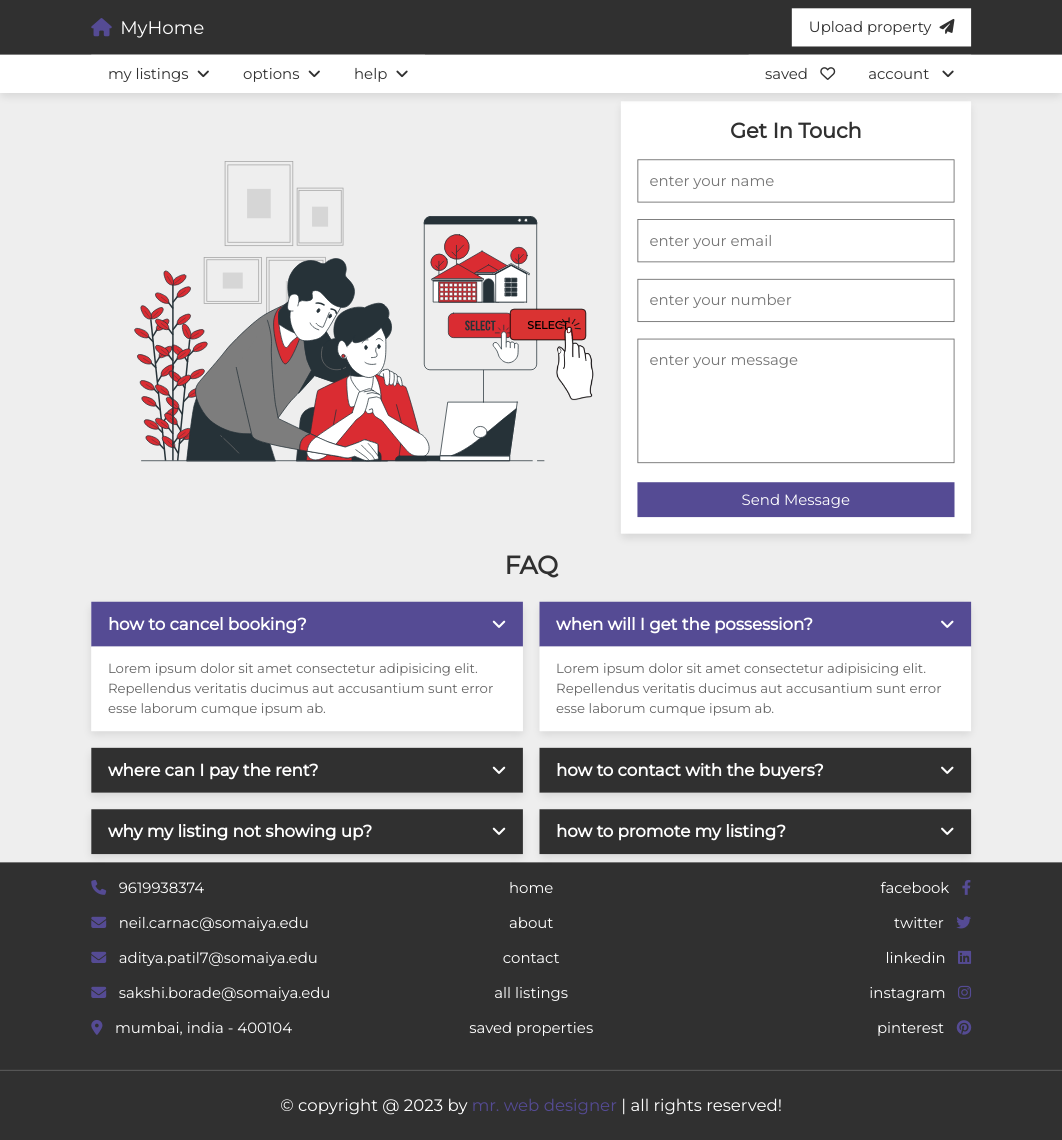
Repository: neilcarnac/wpl-project-realestatewebsite
Page: http://localhost/project/contact.php
An editor plug-in stored every save of this project. The page is shown before and after a run of saves, followed by the edit.
The browser window is 1280 px wide. The pictures show the whole page, at 83% of full size.
The page is run by PHP 8.4 with error messages shown; the project is at /var/www/html/.

Above is the page before, as saved 2023-04-29 17:08:22.

### project/contact.php
<?php

include 'components/connect.php';

if(isset($_COOKIE['user_id'])){
   $user_id = $_COOKIE['user_id'];
}else{
   $user_id = '';
}

if(isset($_POST['send'])){

   $msg_id = create_unique_id();
   $name = $_POST['name'];
   $name = filter_var($name, FILTER_SANITIZE_STRING);
   $email = $_POST['email'];
   $email = filter_var($email, FILTER_SANITIZE_STRING);
   $number = $_POST['number'];
   $number = filter_var($number, FILTER_SANITIZE_STRING);
   $message = $_POST['message'];
   $message = filter_var($message, FILTER_SANITIZE_STRING);

   $verify_contact = $conn->prepare("SELECT * FROM `messages` WHERE name = ? AND email = ? AND number = ? AND message = ?");
   $verify_contact->execute([$name, $email, $number, $message]);

   if($verify_contact->rowCount() > 0){
      $warning_msg[] = 'message sent already!';
   }else{
      $send_message = $conn->prepare("INSERT INTO `messages`(id, name, email, number, message) VALUES(?,?,?,?,?)");
      $send_message->execute([$msg_id, $name, $email, $number, $message]);
      $success_msg[] = 'message send successfully!';
   }

}

?>

<!DOCTYPE html>
<html lang="en">
<head>
   <meta charset="UTF-8">
   <meta http-equiv="X-UA-Compatible" content="IE=edge">
   <meta name="viewport" content="width=device-width, initial-scale=1.0">
   <title>Contact Us</title>

   <!-- font awesome cdn link  -->
   <link rel="stylesheet" href="https://cdnjs.cloudflare.com/ajax/libs/font-awesome/6.2.0/css/all.min.css">

   <!-- custom css file link  -->
   <link rel="stylesheet" href="css/style.css">

</head>
<body>

<?php include 'components/user_header.php'; ?>

<div>
<!-- contact section starts  -->
<style>
		button {
			background-color: #da3332;
			color: black;
			padding: 10px 20px;
			border: none;
			border-radius: 5px;
			font-size: 1.3rem;
         /* margin-top: 500px; */
         margin-left: 660px;
         font-weight: bold;
         border: 1.5px solid black;
         position: absolute;
         margin-top: 260px;
         /* font-family: Montserrat; Change the font */
         transition: background-color 0.3s, color 0.3s;
         transform: translateX(-50%); /* Adjust for half of the button's width */


		}
      button:hover{
         cursor: pointer;
         background-color: black;
			color: #da3332;
      }
      .selele{

         position: absolute; /* Add relative positioning to the container */
			height: 1000px;
      }
      .finger{
         position: absolute; /* Add relative positioning to the container */
         height:100px ;
         width:45px ;
         margin-top: 270px;
         margin-left: 670px;
         z-index: 2;
      }
	</style>
   <div class="selele">
      <img src="images/fingerwhite.png" class="finger" alt="">
      <button><b>SELECT</b></button>
   </div>
<section class="contact">
   <div class="row">
      <div class="image">
         <img src="images/contact-img.svg" alt="">
      </div>
      <form action="" method="post">
         <h3>get in touch</h3>
         <input type="text" name="name" required maxlength="50" placeholder="enter your name" class="box">
         <input type="email" name="email" required maxlength="50" placeholder="enter your email" class="box">
         <input type="number" name="number" required maxlength="10" max="9999999999" min="0" placeholder="enter your number" class="box">
         <textarea name="message" placeholder="enter your message" required maxlength="1000" cols="30" rows="10" class="box"></textarea>
         <input type="submit" value="send message" name="send" class="btn">
      </form>
   </div>

</section>

<!-- contact section ends -->

<!-- faq section starts  -->

<section class="faq" id="faq">

   <h1 class="heading">FAQ</h1>

   <div class="box-container">

      <div class="box active">
         <h3><span>how to cancel booking?</span><i class="fas fa-angle-down"></i></h3>
         <p>Lorem ipsum dolor sit amet consectetur adipisicing elit. Repellendus veritatis ducimus aut accusantium sunt error esse laborum cumque ipsum ab.</p>
      </div>

      <div class="box active">
         <h3><span>when will I get the possession?</span><i class="fas fa-angle-down"></i></h3>
         <p>Lorem ipsum dolor sit amet consectetur adipisicing elit. Repellendus veritatis ducimus aut accusantium sunt error esse laborum cumque ipsum ab.</p>
      </div>

      <div class="box">
         <h3><span>where can I pay the rent?</span><i class="fas fa-angle-down"></i></h3>
         <p>Lorem ipsum dolor sit amet consectetur adipisicing elit. Repellendus veritatis ducimus aut accusantium sunt error esse laborum cumque ipsum ab.</p>
      </div>

      <div class="box">
         <h3><span>how to contact with the buyers?</span><i class="fas fa-angle-down"></i></h3>
         <p>Lorem ipsum dolor sit amet consectetur adipisicing elit. Repellendus veritatis ducimus aut accusantium sunt error esse laborum cumque ipsum ab.</p>
      </div>

      <div class="box">
         <h3><span>why my listing not showing up?</span><i class="fas fa-angle-down"></i></h3>
         <p>Lorem ipsum dolor sit amet consectetur adipisicing elit. Repellendus veritatis ducimus aut accusantium sunt error esse laborum cumque ipsum ab.</p>
      </div>

      <div class="box">
         <h3><span>how to promote my listing?</span><i class="fas fa-angle-down"></i></h3>
         <p>Lorem ipsum dolor sit amet consectetur adipisicing elit. Repellendus veritatis ducimus aut accusantium sunt error esse laborum cumque ipsum ab.</p>
      </div>

   </div>

</section>

<!-- faq section ends -->










<script src="https://cdnjs.cloudflare.com/ajax/libs/sweetalert/2.1.2/sweetalert.min.js"></script>

<?php include 'components/footer.php'; ?>

<!-- custom js file link  -->
<script src="js/script.js"></script>

<?php include 'components/message.php'; ?>
</div>
</body>
</html>

### project/components/connect.php
<?php

   $db_name = 'mysql:host=localhost;dbname=home_db';
   $db_user_name = 'root';
   $db_user_pass = '';

   $conn = new PDO($db_name, $db_user_name, $db_user_pass);

   function create_unique_id(){
      $characters = '0123456789abcdefghijklmnopqrstuvwxyzABCDEFGHIJKLMNOPQRSTUVWXYZ';
      $charactersLength = strlen($characters);
      $randomString = '';
      for ($i = 0; $i < 20; $i++) {
          $randomString .= $characters[mt_rand(0, $charactersLength - 1)];
      }
      return $randomString;
  }

?>

### project/components/user_header.php
<!-- header section starts  -->

<header class="header">

   <nav class="navbar nav-1">
      <section class="flex">
         <a href="home.php" class="logo"><i class="fas fa-house"></i>MyHome</a>

         <ul>
            <li class="upload"><a href="post_property.php">Upload property<i class="fas fa-paper-plane"></i></a></li>
         </ul>
      </section>
   </nav>

   <nav class="navbar nav-2">
      <section class="flex">
         <div id="menu-btn" class="fas fa-bars"></div>

         <div class="menu">
            <ul>
               <li><a href="#">my listings<i class="fas fa-angle-down"></i></a>
                  <ul>
                     <li><a href="dashboard.php">dashboard</a></li>
                     <li><a href="post_property.php">post property</a></li>
                     <li><a href="my_listings.php">my listings</a></li>
                  </ul>
               </li>
               <li><a href="#">options<i class="fas fa-angle-down"></i></a>
                  <ul>
                     <li><a href="search.php">filter search</a></li>
                     <li><a href="listings.php">all listings</a></li>
                  </ul>
               </li>
               <li><a href="#">help<i class="fas fa-angle-down"></i></a>
                  <ul>
                     <li><a href="about.php">about us</a></i></li>
                     <li><a href="contact.php">contact us</a></i></li>
                     <li><a href="contact.php#faq">FAQ</a></i></li>
                  </ul>
               </li>
            </ul>
         </div>

         <ul>
            <li><a href="saved.php">saved <i class="far fa-heart"></i></a></li>
            <li><a href="#">account <i class="fas fa-angle-down"></i></a>
               <ul>
                  <li><a href="login.php">login now</a></li>
                  <li><a href="register.php">register new</a></li>
                  <?php if($user_id != ''){ ?>
                  <li><a href="update.php">update profile</a></li>
                  <li><a href="components/user_logout.php" onclick="return confirm('logout from this website?');">logout</a>
                  <?php } ?></li>
               </ul>
            </li>
         </ul>
      </section>
   </nav>

</header>

<!-- header section ends -->

### project/components/footer.php
<!-- footer section starts  -->

<footer class="footer">

   <section class="flex">

      <div class="box">
         <a href="tel:9619938374"><i class="fas fa-phone"></i><span>9619938374</span></a>
         <a href="mailto:neil.carnac@somaiya.edu"><i class="fas fa-envelope"></i><span>neil.carnac@somaiya.edu</span></a>
         <a href="mailto:aditya.patil7@somaiya.edu"><i class="fas fa-envelope"></i><span>aditya.patil7@somaiya.edu</span></a>
         <a href="mailto:sakshi.borade@somaiya.edu"><i class="fas fa-envelope"></i><span>sakshi.borade@somaiya.edu</span></a>
         <a href="#"><i class="fas fa-map-marker-alt"></i><span>mumbai, india - 400104</span></a>
      </div>

      <div class="box">
         <a href="home.php"><span>home</span></a>
         <a href="about.php"><span>about</span></a>
         <a href="contact.php"><span>contact</span></a>
         <a href="listings.php"><span>all listings</span></a>
         <a href="saved.php"><span>saved properties</span></a>
      </div>

      <div class="box">
         <a href="#"><span>facebook</span><i class="fab fa-facebook-f"></i></a>
         <a href="#"><span>twitter</span><i class="fab fa-twitter"></i></a>
         <a href="#"><span>linkedin</span><i class="fab fa-linkedin"></i></a>
         <a href="#"><span>instagram</span><i class="fab fa-instagram"></i></a>
         <a href="#"><span>pinterest</span><i class="fab fa-pinterest"></i></a>

      </div>

   </section>

   <div class="credit">&copy; copyright @ <?= date('Y'); ?> by <span>mr. web designer</span> | all rights reserved!</div>

</footer>

<!-- footer section ends -->

Loaded but not shown: project/components/message.php (common file); project/images/contact-img.svg (1 lines, source omitted); project/js/script.js (21 lines, source omitted); project/css/style.css (1372 lines, source omitted)

After the next 2 saves:
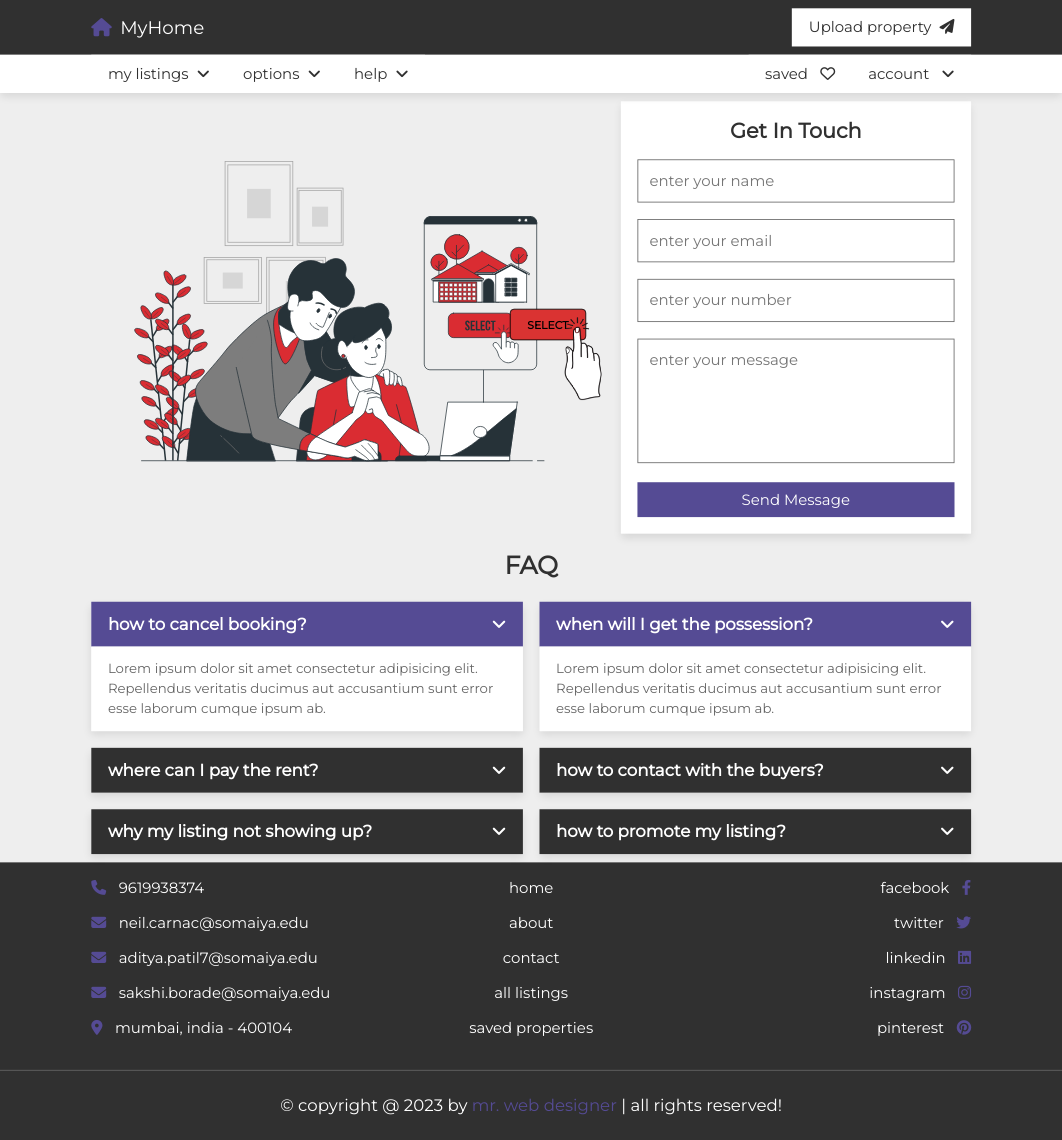
The 2 saves are shown as one change because they came seconds apart.
The last was saved 6 s later.
--- a/project/contact.php
+++ b/project/contact.php
@@ -91,7 +91,7 @@
          height:100px ;
          width:45px ;
          margin-top: 270px;
-         margin-left: 670px;
+         margin-left: 680px;
          z-index: 2;
       }
 	</style>

After the 2 saves that followed:
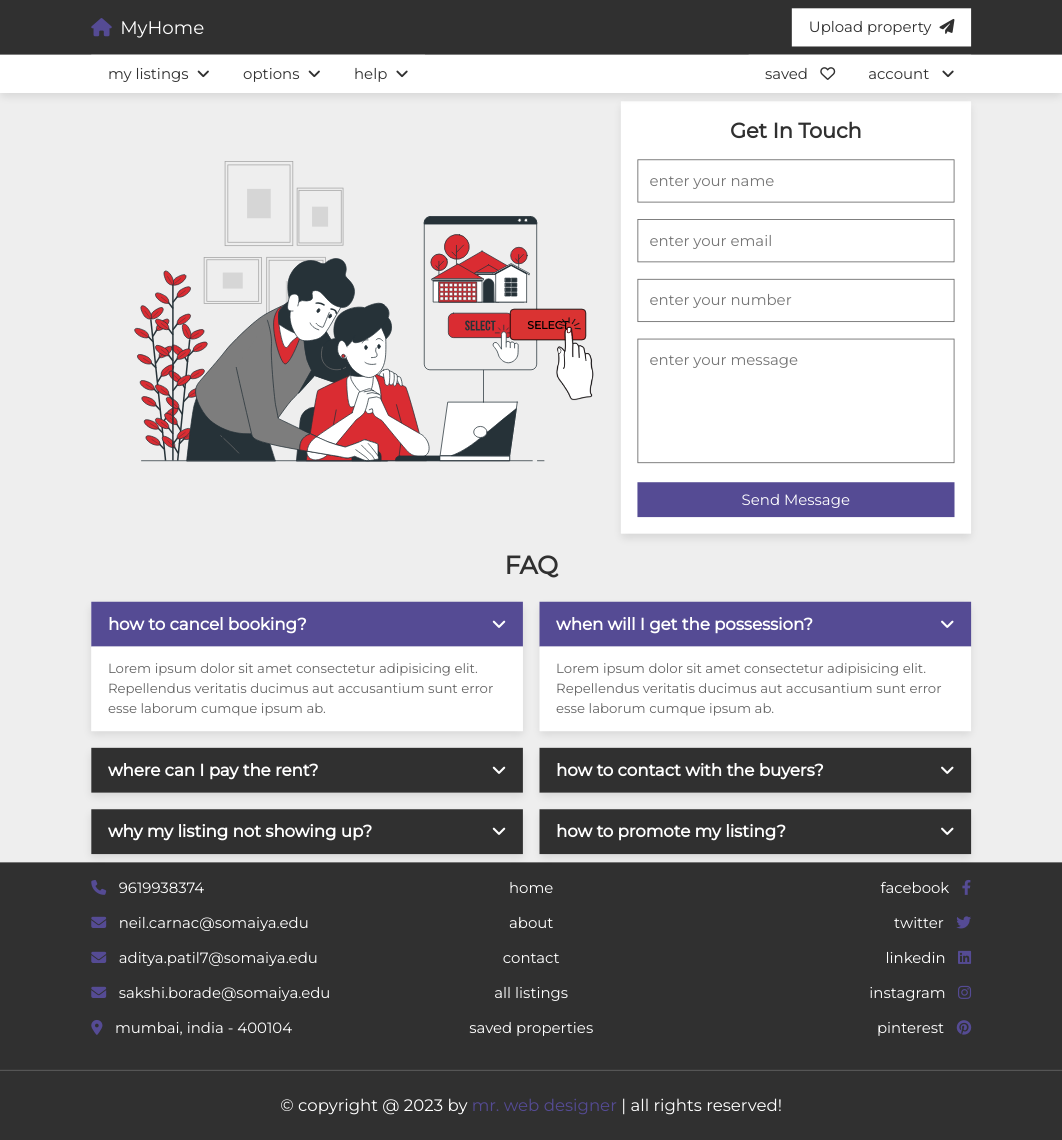
The 2 saves are shown as one change because they came seconds apart.
The last was saved 5 s later.
--- a/project/contact.php
+++ b/project/contact.php
@@ -91,7 +91,7 @@
          height:100px ;
          width:45px ;
          margin-top: 270px;
-         margin-left: 680px;
+         margin-left: 670px;
          z-index: 2;
       }
 	</style>
